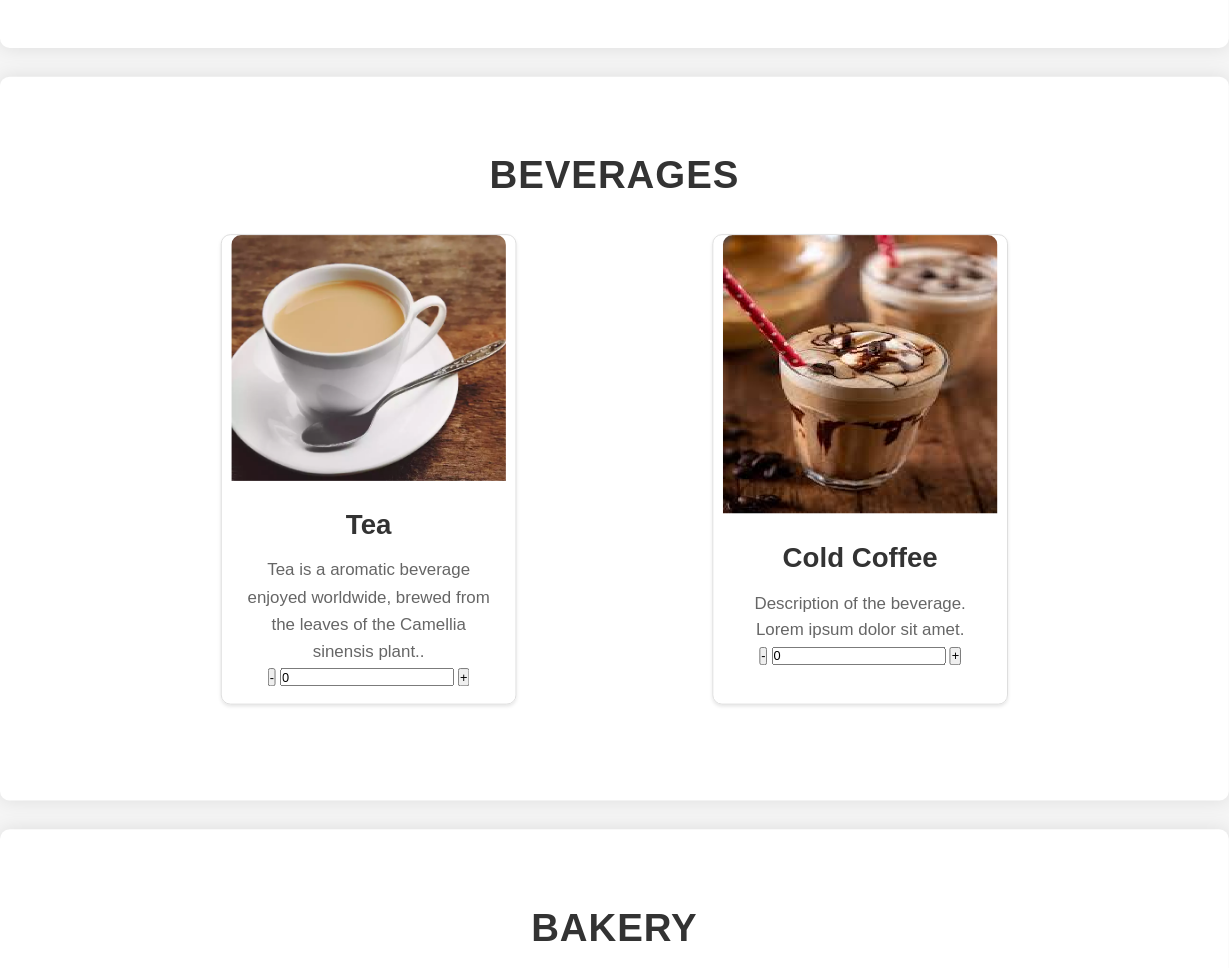
Repository: Mayanksaini1224/eclipse-workspace
Page: Restaurant/src/main/webapp/Menu.html
An editor plug-in stored every save of this project. The page is shown before and after the next save, followed by the edit.
The browser window is 1280 px wide. The pictures show the part of the page from y = 1502 to 2510 px (the page is 3975 px tall before and 4066 px after), at 96% of full size.
A picture or video elsewhere on the page could not be fetched, so the positions and the page height are approximate.

Above is the page before, as saved 2024-06-30 11:46:24.

### Restaurant/src/main/webapp/Menu.html
<!DOCTYPE html>
<html lang="en">
<head>
    <meta charset="UTF-8">
    <meta name="viewport" content="width=device-width, initial-scale=1.0">
    <title>Menu - Delicious Restaurant</title>
    <style>
        /* Reset and base styles */
        * {
            margin: 0;
            padding: 0;
            box-sizing: border-box;
        }

        body {
            font-family: Arial, sans-serif;
            line-height: 1.6;
            background-color: #f5f5f5;
            margin: 0;
            padding: 0;
            color: #333; /* Default text color */
        }

        .container {
            width: 80%;
            margin: 0 auto;
            padding: 20px 0;
        }

        header {
            background-color: #333;
            color: #fff;
            padding: 10px 0;
        }

        header .logo img {
            width: 150px;
            height: auto;
            display: block;
            margin: 0 auto;
        }

        header nav ul {
            list-style-type: none;
            text-align: center;
            margin-top: 10px;
        }

        header nav ul li {
            display: inline-block;
            margin: 0 10px;
        }

        header nav ul li a {
            text-decoration: none;
            color: #fff;
            font-size: 18px;
            transition: color 0.3s ease;
        }

        header nav ul li a:hover {
            color: #ffc107;
        }

        .menu-section {
            background-color: #fff;
            padding: 50px 0;
            text-align: center;
            margin-bottom: 30px;
            box-shadow: 0 0 20px rgba(0, 0, 0, 0.1);
            border-radius: 10px;
        }

        .menu-section h2 {
            font-size: 2.5em;
            margin-bottom: 30px;
            text-transform: uppercase;
            letter-spacing: 1px;
            color: #333;
        }

        .menu-items {
            display: flex;
            justify-content: space-around;
            flex-wrap: wrap;
        }

        .menu-item {
            text-align: center;
            width: 30%;
            margin-bottom: 30px;
            padding: 0 10px;
            border: 1px solid #ddd;
            border-radius: 10px;
            box-shadow: 0 2px 4px rgba(0,0,0,0.1);
            transition: transform 0.3s ease, box-shadow 0.3s ease;
        }

        .menu-item img {
            width: 100%;
            border-top-left-radius: 10px;
            border-top-right-radius: 10px;
        }

        .menu-item-content {
            padding: 15px;
        }

        .menu-item h3 {
            font-size: 1.8em;
            margin-bottom: 10px;
            color: #333;
        }

        .menu-item p {
            font-size: 1.1em;
            color: #666;
        }

        .menu-item:hover {
            transform: translateY(-5px);
            box-shadow: 0 4px 8px rgba(0,0,0,0.2);
        }

        .order-form {
            background-color: #f9f9f9;
            padding: 40px 20px;
            border-radius: 10px;
            box-shadow: 0 0 20px rgba(0, 0, 0, 0.1);
            margin-bottom: 30px;
        }

        .order-form h2 {
            font-size: 2.5em;
            margin-bottom: 20px;
            color: #333;
        }

        .form-group {
            margin-bottom: 20px;
        }

        .form-group label {
            display: block;
            font-weight: bold;
            margin-bottom: 5px;
        }

        .form-group input,
        .form-group select {
            width: 100%;
            padding: 10px;
            font-size: 1em;
            border: 1px solid #ccc;
            border-radius: 5px;
            transition: border-color 0.3s ease;
        }

        .form-group input[type="number"] {
            appearance: none;
            -moz-appearance: textfield;
            text-align: center;
            padding: 8px;
            border: 1px solid #ccc;
            border-radius: 5px;
            width: 60px;
            font-size: 1em;
            transition: border-color 0.3s ease;
        }

        .form-group input[type="number"]::-webkit-outer-spin-button,
        .form-group input[type="number"]::-webkit-inner-spin-button {
            -webkit-appearance: none;
            margin: 0;
        }

        .form-group input:focus,
        .form-group select:focus {
            outline: none;
            border-color: #ffc107;
        }

        .form-group input[type="submit"],
        .form-group input[type="reset"] {
            background-color: #ffc107;
            color: #333;
            border: none;
            cursor: pointer;
            transition: background-color 0.3s ease;
            padding: 10px 20px;
            border-radius: 5px;
            margin-right: 10px;
        }

        .form-group input[type="submit"]:hover,
        .form-group input[type="reset"]:hover {
            background-color: #ffdb70;
        }

        .order-summary {
            margin-top: 30px;
            text-align: left;
        }

        .order-summary h3 {
            font-size: 1.5em;
            margin-bottom: 10px;
            color: #333;
        }

        .order-summary ul {
            list-style-type: none;
            padding: 0;
        }

        .order-summary li {
            font-size: 1.1em;
            margin-bottom: 5px;
        }

        @media (max-width: 768px) {
            .container {
                width: 90%;
            }

            .menu-item {
                width: 100%;
            }
        }
    </style>
    <link rel="stylesheet" href="https://cdnjs.cloudflare.com/ajax/libs/font-awesome/5.15.4/css/all.min.css"> <!-- Font Awesome for icons -->
</head>
<body>
    <header>
        <div class="container">
            <div class="logo">
                <img src="logo.png" alt="Delicious Restaurant">
            </div>
            <nav>
                <ul>
                    <li><a href="index.html">Home</a></li>
                    <li><a href="menu.html">Menu</a></li>
                    <li><a href="#about">About Us</a></li>
                    <li><a href="#contact">Contact</a></li>
                    <li><a href="login.html">Login</a></li>

                </ul>
            </nav>
        </div>
    </header>

    <section class="menu-section" id="chinese">
        <div class="container">
            <h2>Chinese Cuisine</h2>
            <div class="menu-items">
                <div class="menu-item" data-dish="Chinese Dish 1">
                    <img src="chinese-dish1.jpg" alt="Chinese Dish 1">
                    <div class="menu-item-content">
                        <h3>Chinese Dish 1</h3>
                        <p>Description of the Chinese dish. Lorem ipsum dolor sit amet.</p>
                        <div class="quantity">
                            <button class="quantity-btn minus" onclick="decrementQuantity('quantity_chinese1')">-</button>
                            <input type="number" id="quantity_chinese1" name="quantity_chinese1" min="0" value="0">
                            <button class="quantity-btn plus" onclick="incrementQuantity('quantity_chinese1')">+</button>
                        </div>
                    </div>
                </div>
                <div class="menu-item" data-dish="Chinese Dish 2">
                    <img src="chinese-dish2.jpg" alt="Chinese Dish 2">
                    <div class="menu-item-content">
                        <h3>Chinese Dish 2</h3>
                        <p>Description of the Chinese dish. Lorem ipsum dolor sit amet.</p>
                        <div class="quantity">
                            <button class="quantity-btn minus" onclick="decrementQuantity('quantity_chinese2')">-</button>
                            <input type="number" id="quantity_chinese2" name="quantity_chinese2" min="0" value="0">
                            <button class="quantity-btn plus" onclick="incrementQuantity('quantity_chinese2')">+</button>
                        </div>
                    </div>
                </div>
                <!-- Add more Chinese dishes as needed -->
            </div>
        </div>
    </section>

    <section class="menu-section" id="italian">
        <div class="container">
            <h2>Italian Cuisine</h2>
            <div class="menu-items">
                <div class="menu-item" data-dish="Italian Dish 1">
                    <img src="italian-dish1.jpg" alt="Italian Dish 1">
                    <div class="menu-item-content">
                        <h3>Italian Dish 1</h3>
                        <p>Description of the Italian dish. Lorem ipsum dolor sit amet.</p>
                        <div class="quantity">
                            <button class="quantity-btn minus" onclick="decrementQuantity('quantity_italian1')">-</button>
                            <input type="number" id="quantity_italian1" name="quantity_italian1" min="0" value="0">
                            <button class="quantity-btn plus" onclick="incrementQuantity('quantity_italian1')">+</button>
                        </div>
                    </div>
                </div>
                <div class="menu-item" data-dish="Italian Dish 2">
                    <img src="italian-dish2.jpg" alt="Italian Dish 2">
                    <div class="menu-item-content">
                        <h3>Italian Dish 2</h3>
                        <p>Description of the Italian dish. Lorem ipsum dolor sit amet.</p>
                        <div class="quantity">
                            <button class="quantity-btn minus" onclick="decrementQuantity('quantity_italian2')">-</button>
                            <input type="number" id="quantity_italian2" name="quantity_italian2" min="0" value="0">
                            <button class="quantity-btn plus" onclick="incrementQuantity('quantity_italian2')">+</button>
                        </div>
                    </div>
                </div>
                <!-- Add more Italian dishes as needed -->
            </div>
        </div>
    </section>

    <section class="menu-section" id="beverages">
        <div class="container">
            <h2>Beverages</h2>
            <div class="menu-items">
                <div class="menu-item" data-dish="Beverage 1">
                    <img src="Tea.png" alt="Beverage 1">
                    <div class="menu-item-content">
                        <h3>Tea</h3>
                        <p>Tea is a aromatic beverage enjoyed worldwide, brewed from the leaves of the Camellia sinensis plant..</p>
                        <div class="quantity">
                            <button class="quantity-btn minus" onclick="decrementQuantity('quantity_beverage1')">-</button>
                            <input type="number" id="quantity_beverage1" name="quantity_beverage1" min="0" value="0">
                            <button class="quantity-btn plus" onclick="incrementQuantity('quantity_beverage1')">+</button>
                        </div>
                    </div>
                </div>
                <div class="menu-item" data-dish="Beverage 2">
                    <img src="Coldcoffee.png" alt="Beverage 2">
                    <div class="menu-item-content">
                        <h3>Cold Coffee</h3>
                        <p>Description of the beverage. Lorem ipsum dolor sit amet.</p>
                        <div class="quantity">
                            <button class="quantity-btn minus" onclick="decrementQuantity('quantity_beverage2')">-</button>
                            <input type="number" id="quantity_beverage2" name="quantity_beverage2" min="0" value="0">
                            <button class="quantity-btn plus" onclick="incrementQuantity('quantity_beverage2')">+</button>
                        </div>
                    </div>
                </div>
                <!-- Add more beverages as needed -->
            </div>
        </div>
    </section>

    <section class="menu-section" id="bakery">
        <div class="container">
            <h2>Bakery</h2>
            <div class="menu-items">
                <div class="menu-item" data-dish="Bakery Item 1">
                    <img src="bakery-item1.jpg" alt="Bakery Item 1">
                    <div class="menu-item-content">
                        <h3>Bakery Item 1</h3>
                        <p>Description of the bakery item. Lorem ipsum dolor sit amet.</p>
                        <div class="quantity">
                            <button class="quantity-btn minus" onclick="decrementQuantity('quantity_bakery1')">-</button>
                            <input type="number" id="quantity_bakery1" name="quantity_bakery1" min="0" value="0">
                            <button class="quantity-btn plus" onclick="incrementQuantity('quantity_bakery1')">+</button>
                        </div>
                    </div>
                </div>
                <div class="menu-item" data-dish="Bakery Item 2">
                    <img src="bakery-item2.jpg" alt="Bakery Item 2">
                    <div class="menu-item-content">
                        <h3>Bakery Item 2</h3>
                        <p>Description of the bakery item. Lorem ipsum dolor sit amet.</p>
                        <div class="quantity">
                            <button class="quantity-btn minus" onclick="decrementQuantity('quantity_bakery2')">-</button>
                            <input type="number" id="quantity_bakery2" name="quantity_bakery2" min="0" value="0">
                            <button class="quantity-btn plus" onclick="incrementQuantity('quantity_bakery2')">+</button>
                        </div>
                    </div>
                </div>
                <!-- Add more bakery items as needed -->
            </div>
        </div>
    </section>

    <section class="order-form">
        <div class="container">
            <h2>Place Your Order</h2>
            <form id="orderForm" action="submitform" method="POST">
                <div class="form-group">
                    <label for="name">Your Name *</label>
                    <input type="text" id="name" name="name" required>
                </div>
                <div class="form-group">
                    <label for="city">City *</label>
                    <input type="text" id="city" name="city" required>
                </div>
                <div class="form-group">
                    <label for="email">Email (Optional)</label>
                    <input type="email" id="email" name="email">
                </div>
                <div class="form-group">
                    <label for="phone">Phone Number (Optional)</label>
                    <input type="tel" id="phone" name="phone">
                </div>
                <div class="form-group">
                    <label for="orderSummary">Order Summary</label>
                    <ul id="orderSummary"></ul>
                </div>

		<div class="form-group">
    <label for="orderSummary">Dish-Summary</label>
    <ul id="orderSummary"></ul>
    <textarea id="orderSummaryText" name="orderSummaryText" rows="4" readonly></textarea>
</div>

                <div class="form-group">
                    <input type="submit" value="Place Order">
                    <input type="reset" value="Reset">
                </div>
            </form>
        </div>
    </section>

    <footer>
        <div class="container">
            <p>&copy; 2024 Delicious Restaurant. All rights reserved.</p>
        </div>
    </footer>

    <script>
        document.addEventListener('DOMContentLoaded', function() {
    const form = document.getElementById('orderForm');
    const orderSummary = document.getElementById('orderSummary');
    const orderSummaryText = document.getElementById('orderSummaryText'); // Added

    form.addEventListener('submit', function(event) {
        event.preventDefault(); // Prevent form submission for demo purposes

        // Clear previous order summary
        orderSummary.innerHTML = '';

        // Get customer details
        const name = document.getElementById('name').value;
        const city = document.getElementById('city').value;
        const email = document.getElementById('email').value;
        const phone = document.getElementById('phone').value;

        // Display customer details
        orderSummary.innerHTML += `<li><strong>Name:</strong> ${name}</li>`;
        orderSummary.innerHTML += `<li><strong>City:</strong> ${city}</li>`;
        if (email) {
            orderSummary.innerHTML += `<li><strong>Email:</strong> ${email}</li>`;
        }
        if (phone) {
            orderSummary.innerHTML += `<li><strong>Phone:</strong> ${phone}</li>`;
        }

        // Initialize order summary text
        let summaryText = `Order Summary\n`;
        summaryText += `Name: ${name}\n`;
        summaryText += `City: ${city}\n`;
        if (email) {
            summaryText += `Email: ${email}\n`;
        }
        if (phone) {
            summaryText += `Phone: ${phone}\n`;
        }

        // Get selected dishes and quantities
        const dishes = document.querySelectorAll('.menu-item');
        dishes.forEach(dish => {
            const dishName = dish.getAttribute('data-dish');
            const quantityInput = dish.querySelector('input[type="number"]');
            const quantity = parseInt(quantityInput.value);

            if (quantity > 0) {
                orderSummary.innerHTML += `<li><strong>${dishName}:</strong> ${quantity}</li>`;
                summaryText += `${dishName}: ${quantity}\n`;
            }
        });

        // Update the textarea with order summary text
        orderSummaryText.value = summaryText;

        // Optionally, submit the form to a server
        form.submit();
    });
});

function incrementQuantity(inputId) {
            const input = document.getElementById(inputId);
            input.value = parseInt(input.value) + 1;
        }

        function decrementQuantity(inputId) {
            const input = document.getElementById(inputId);
            const value = parseInt(input.value) - 1;
            input.value = Math.max(0, value); // Ensure quantity doesn't go below zero
        }

    </script>
</body>
</html>

After the next save:
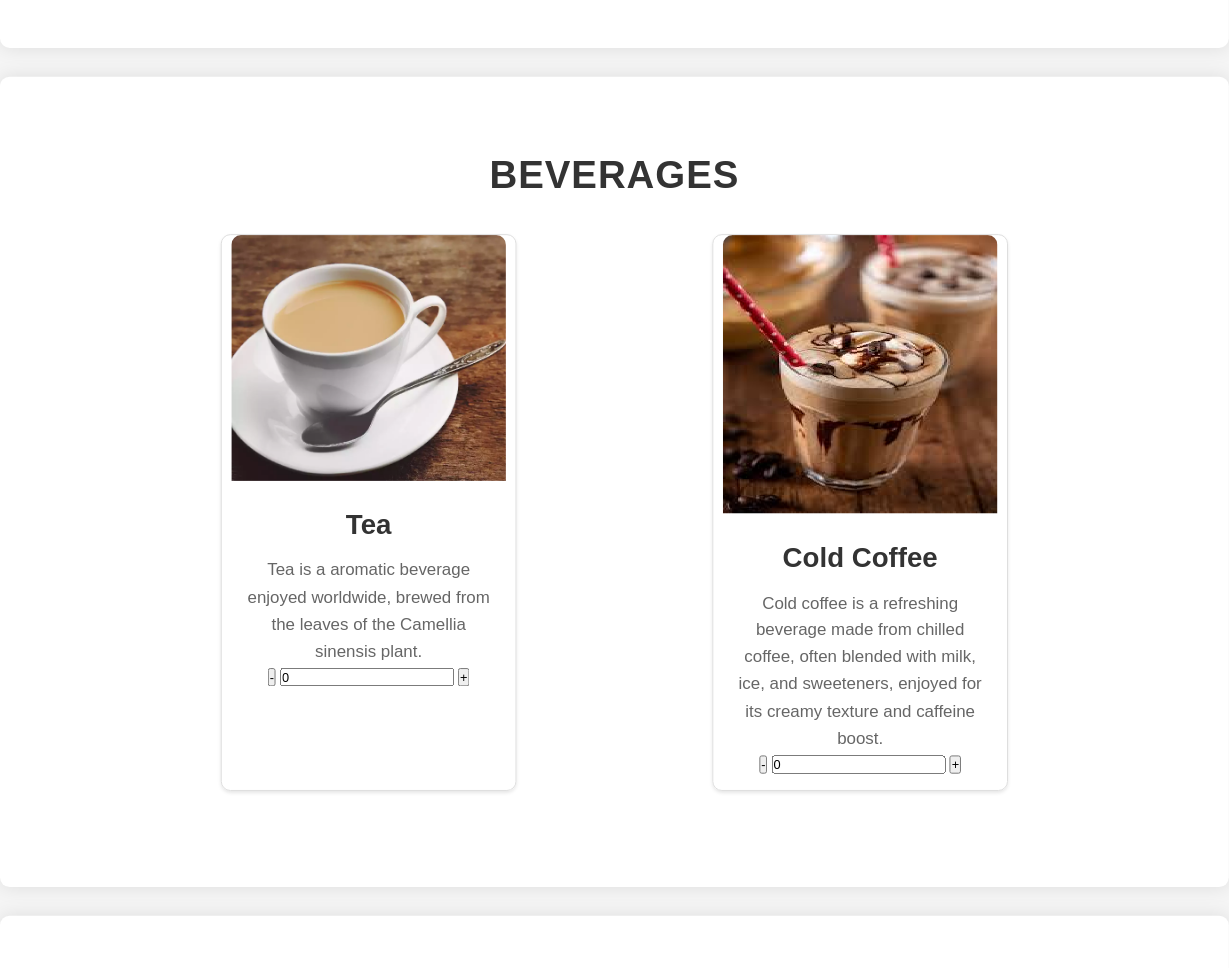
Saved 43 s later.
--- a/Restaurant/src/main/webapp/Menu.html
+++ b/Restaurant/src/main/webapp/Menu.html
@@ -323,7 +323,7 @@
                     <img src="Tea.png" alt="Beverage 1">
                     <div class="menu-item-content">
                         <h3>Tea</h3>
-                        <p>Tea is a aromatic beverage enjoyed worldwide, brewed from the leaves of the Camellia sinensis plant..</p>
+                        <p>Tea is a aromatic beverage enjoyed worldwide, brewed from the leaves of the Camellia sinensis plant.</p>
                         <div class="quantity">
                             <button class="quantity-btn minus" onclick="decrementQuantity('quantity_beverage1')">-</button>
                             <input type="number" id="quantity_beverage1" name="quantity_beverage1" min="0" value="0">
@@ -335,7 +335,7 @@
                     <img src="Coldcoffee.png" alt="Beverage 2">
                     <div class="menu-item-content">
                         <h3>Cold Coffee</h3>
-                        <p>Description of the beverage. Lorem ipsum dolor sit amet.</p>
+                        <p>Cold coffee is a refreshing beverage made from chilled coffee, often blended with milk, ice, and sweeteners, enjoyed for its creamy texture and caffeine boost.</p>
                         <div class="quantity">
                             <button class="quantity-btn minus" onclick="decrementQuantity('quantity_beverage2')">-</button>
                             <input type="number" id="quantity_beverage2" name="quantity_beverage2" min="0" value="0">
